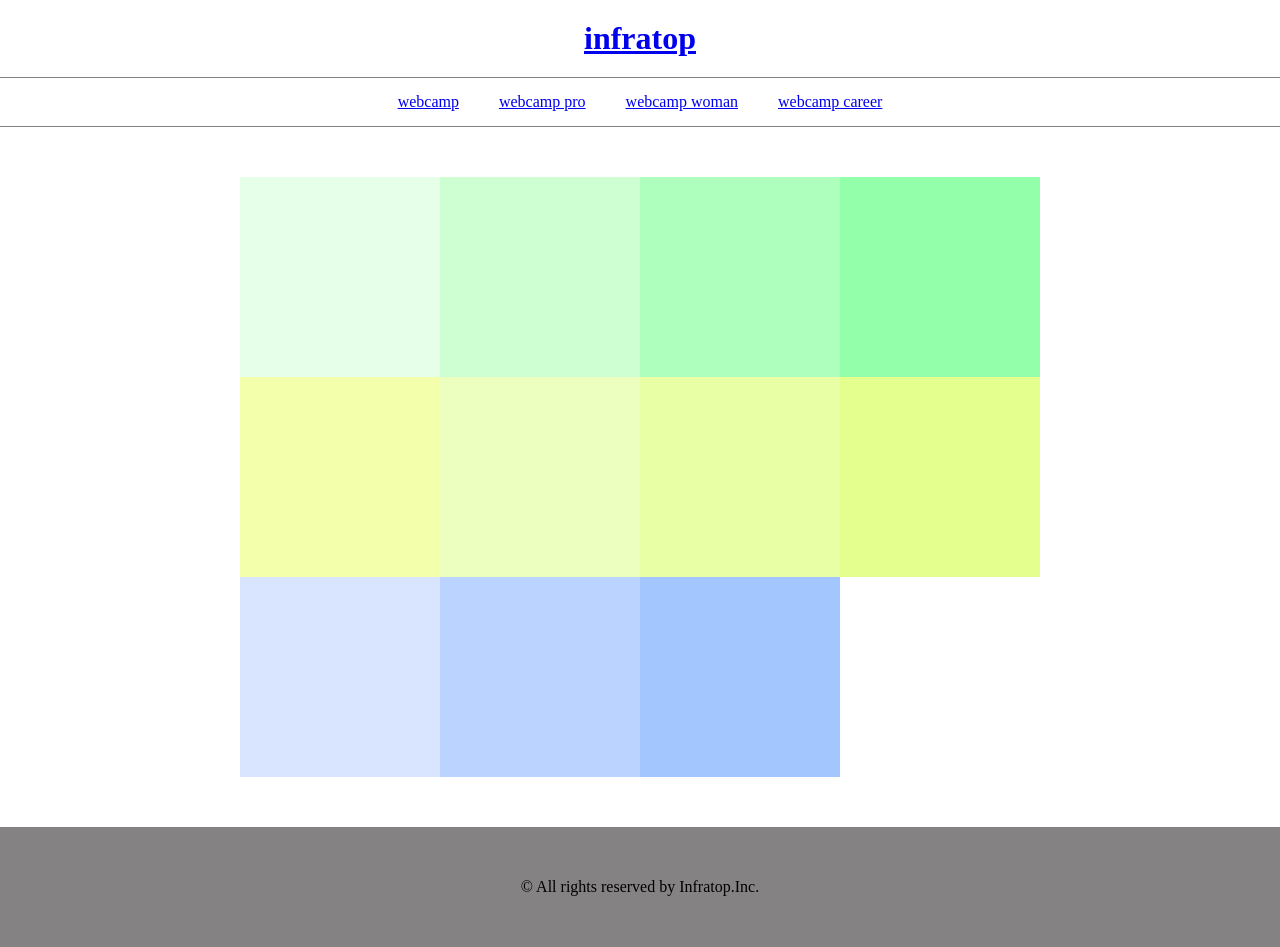
Repository: Yuya0829/HTML
Page: exercise/exercise5.html
The author's editor kept a record of every edit. The page is drawn from the files as they stood at one moment, then again after the next edit.
The browser window is 1280 px wide. The pictures show the whole page.

Above is the page before.

After the next edit:
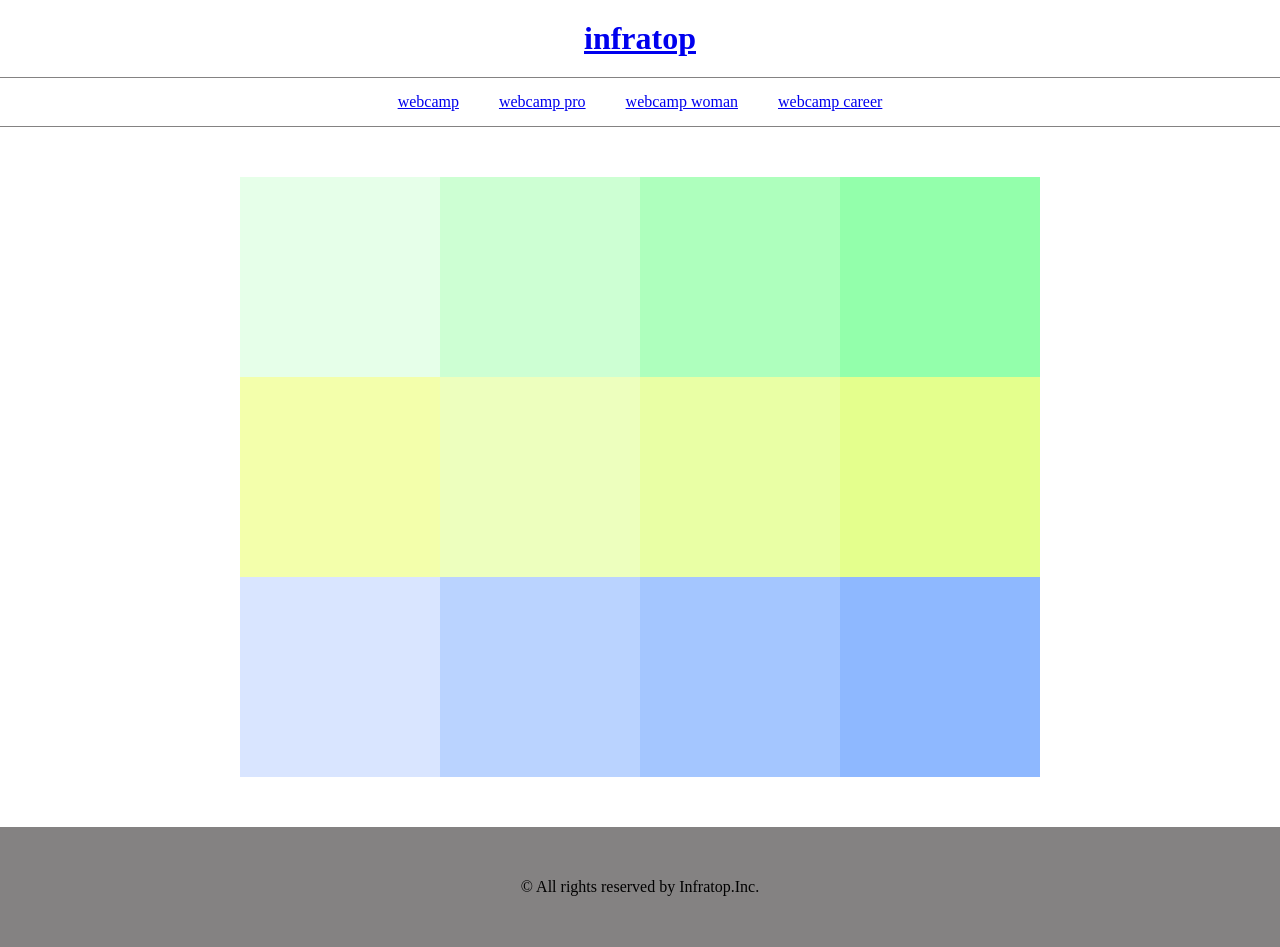
The edit:
--- a/exercise/exercise5.css
+++ b/exercise/exercise5.css
@@ -101,7 +101,7 @@
 .box12 {
   width: 200px;
   height: 200px;
-  background-color: #;
+  background-color: #8eb8ff;
 }
 
 footer {
